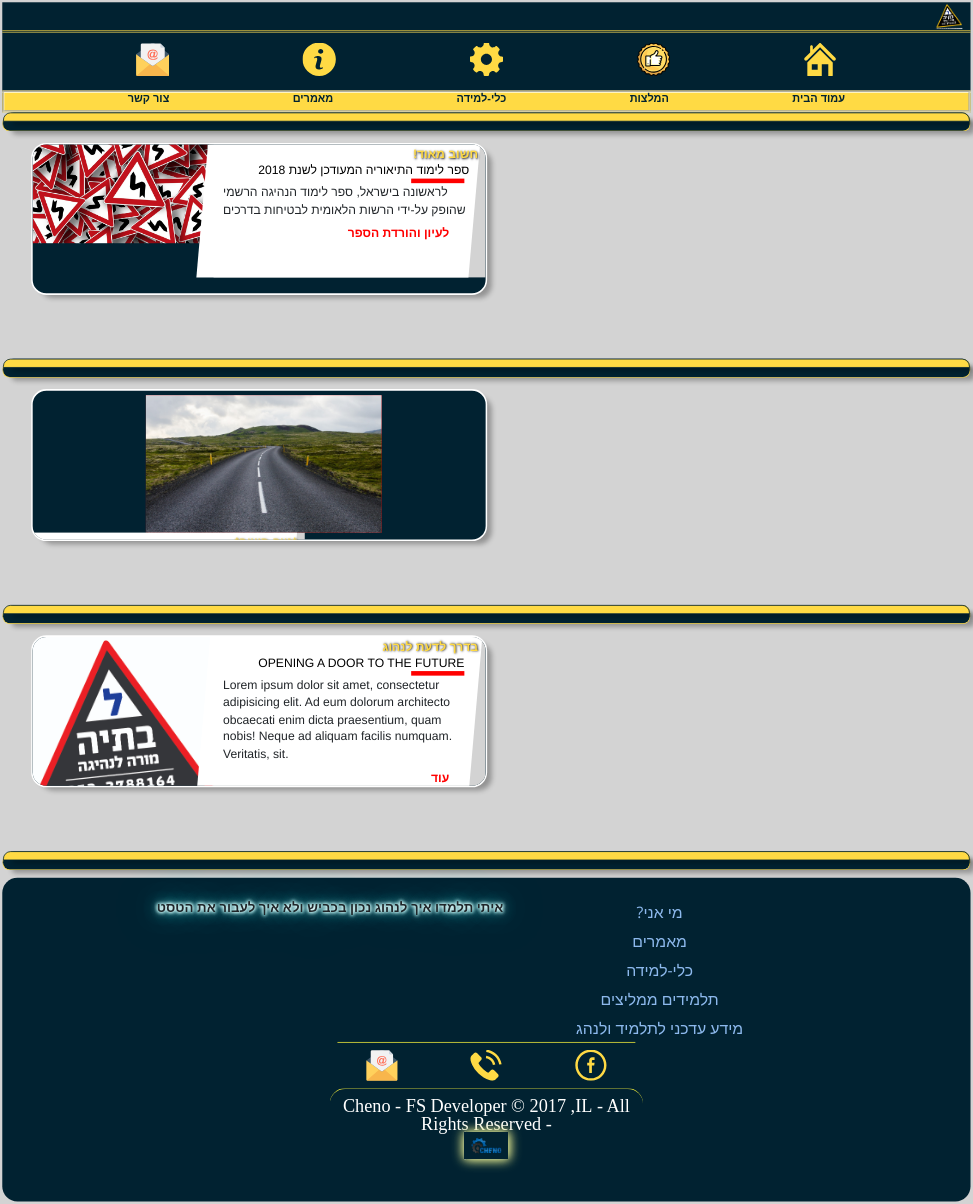
Repository: ChenGinsberg/BatyaLamed-site
Page: index.html
An editor plug-in stored every save of this project. The page is shown before and after the next save, followed by the edit.
The browser window is 1280 px wide. The pictures show the whole page, at 76% of full size.
Some web libraries are served in a nearby version.

Above is the page before, as saved 2017-11-27 09:22:08.

After the next save:
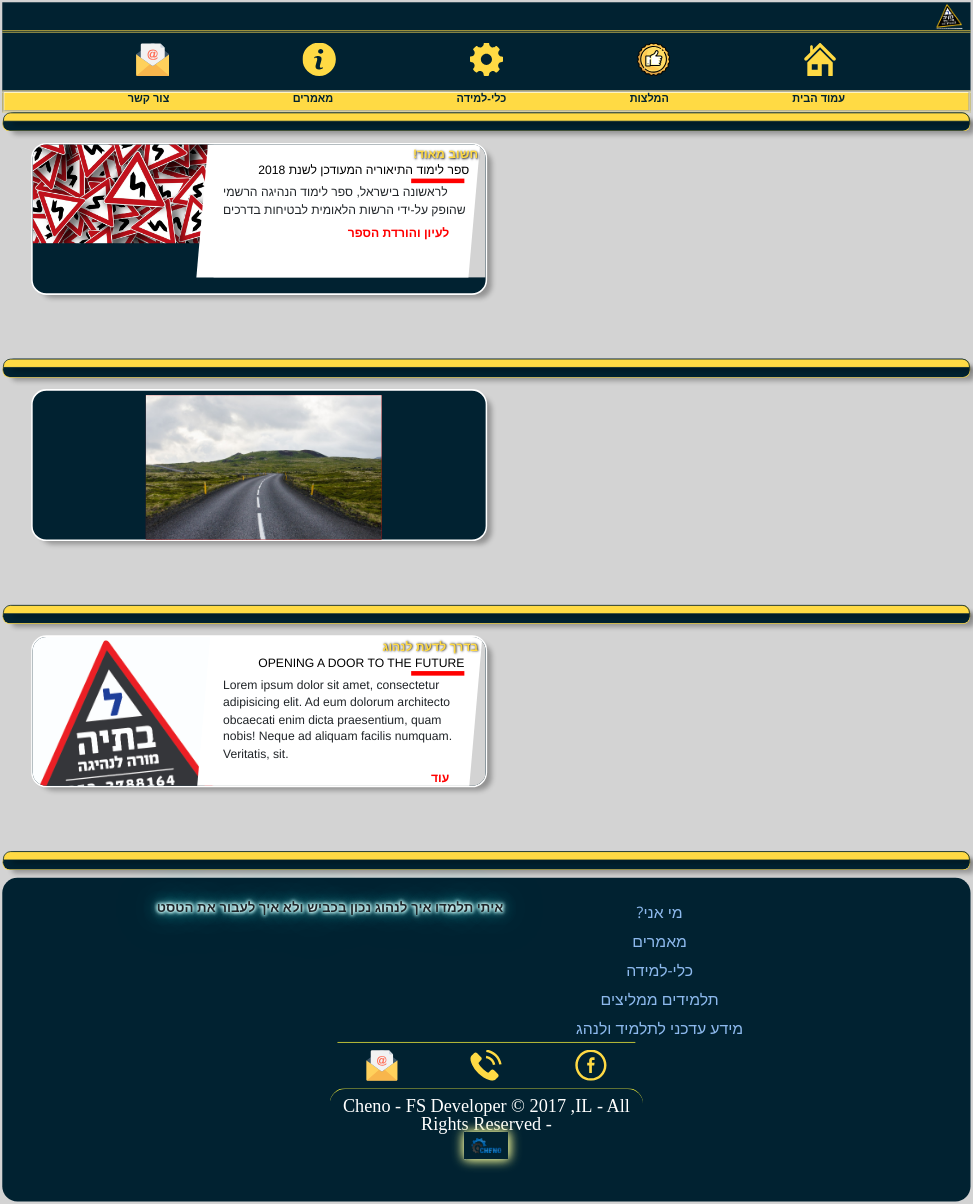
Saved 8 s later.
--- a/style/infoBox.css
+++ b/style/infoBox.css
@@ -40,7 +40,7 @@
     background-size: cover;
 }
 
-.blog-card .photo2 {
+.photo2 {
     background: url("../image/road-166543_640.jpeg") center no-repeat;
     background-color: red;
     background-size: cover;

After the save that followed:
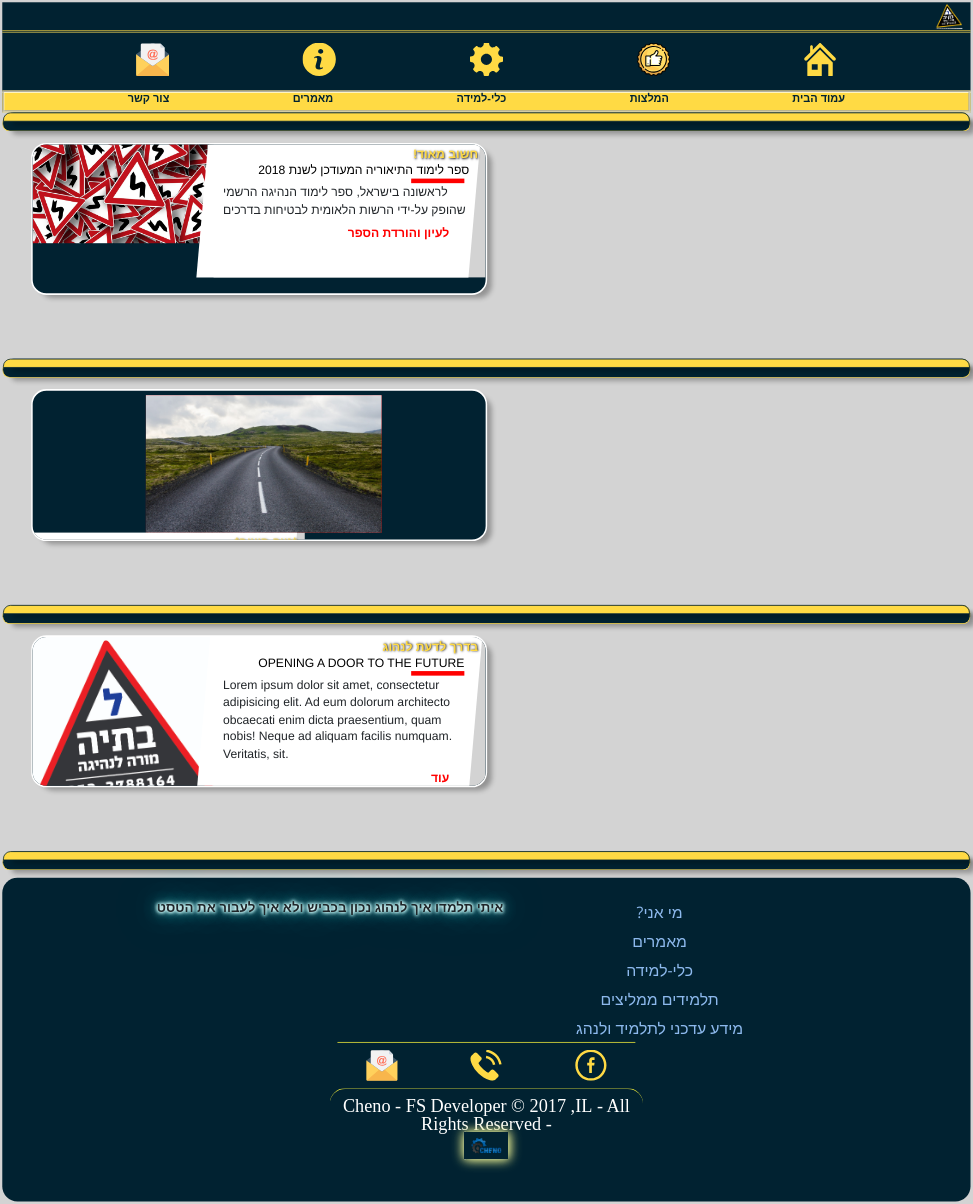
Saved 7 s later.
--- a/style/infoBox.css
+++ b/style/infoBox.css
@@ -40,7 +40,7 @@
     background-size: cover;
 }
 
-.photo2 {
+.blog-card .photo.photo2 {
     background: url("../image/road-166543_640.jpeg") center no-repeat;
     background-color: red;
     background-size: cover;
